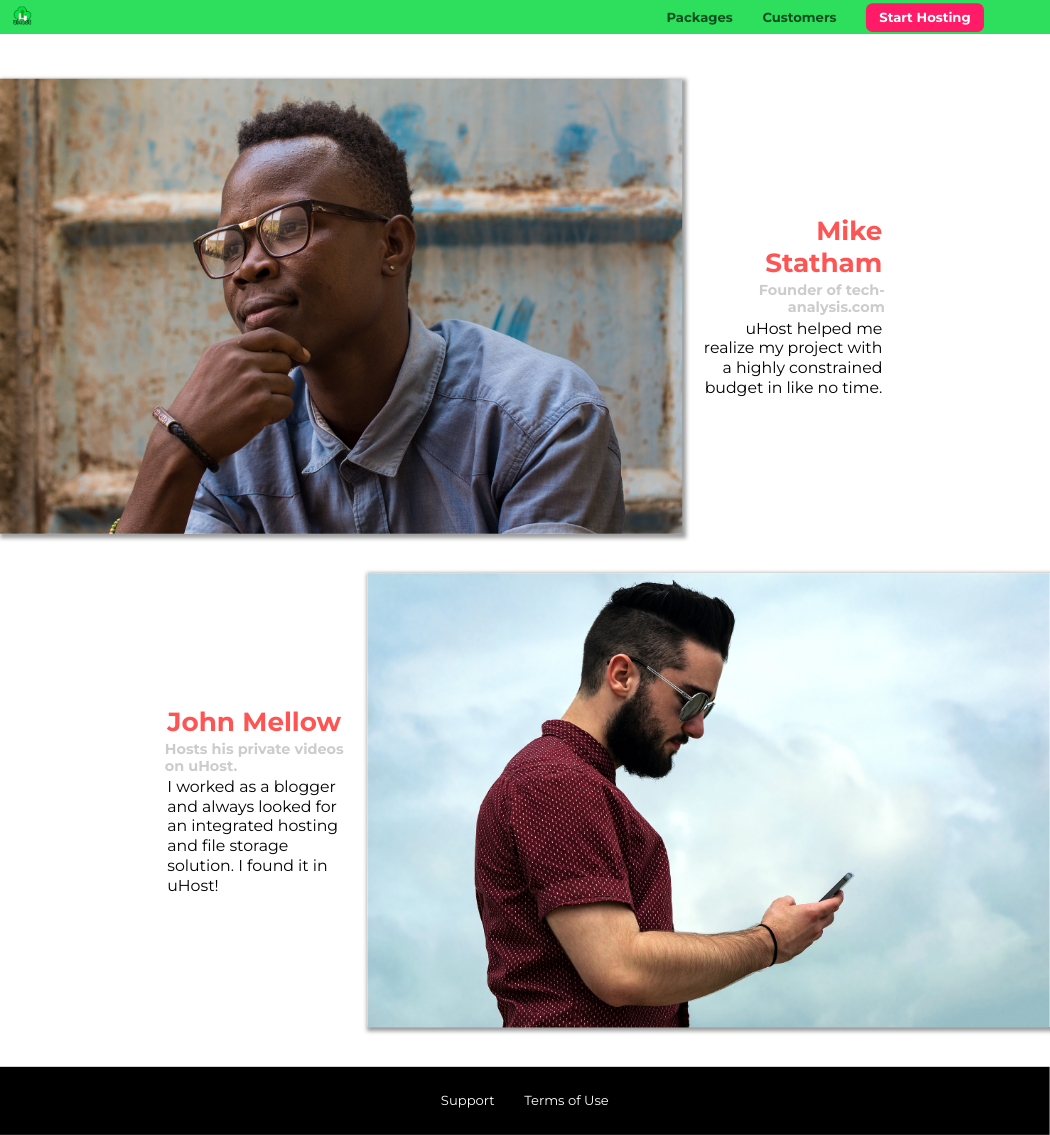
Repository: Nowacki97PL/UdemyCSS
Page: customers/index.html
An editor plug-in stored every save of this project. The page is shown before and after the next save, followed by the edit.
The browser window is 1280 px wide. The pictures show the whole page, at 82% of full size.

Above is the page before, as saved 2023-11-18 14:50:42.

After the next save:
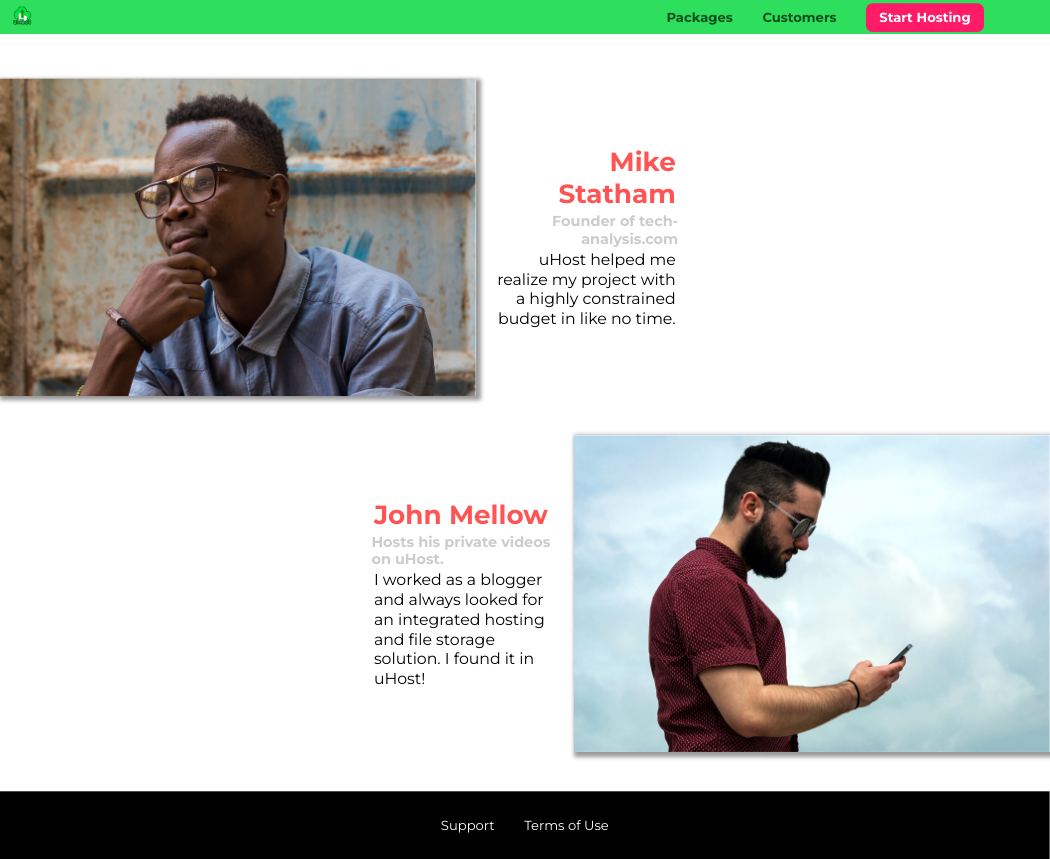
Saved 4 s later.
--- a/customers/customers.css
+++ b/customers/customers.css
@@ -14,7 +14,7 @@
 
   .testimonial__image-container {
     width: 65%;
-    max-width: ;
+    max-width: 580px;
     display: inline-block;
     vertical-align: middle;
     box-shadow: 3px 3px 5px 3px rgba(0, 0,  0, 0.4);
